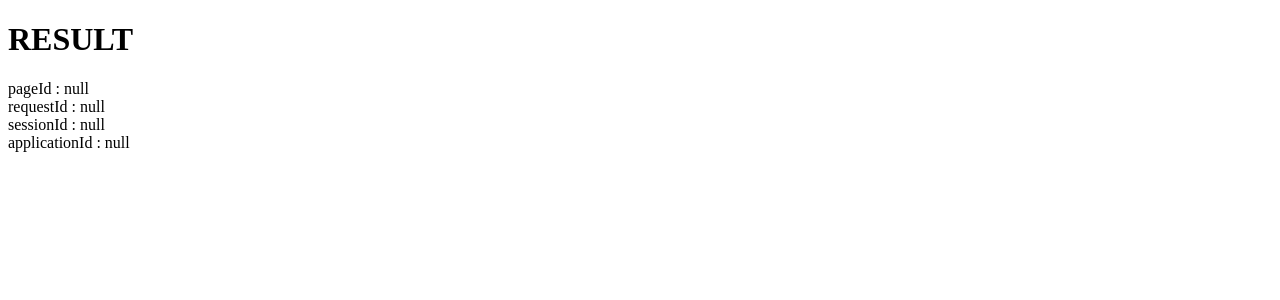
Repository: jmjnssss/CodingTest
Page: http://localhost/Jsp06_Scope/scope.do
An editor plug-in stored every save of this project. The page is shown before and after the next save, followed by the edit.
The browser window is 1280 px wide. The pictures show the whole page.
The page is served by Tomcat 9.

Above is the page before, as saved 2021-02-23 05:54:17.

After the next save:
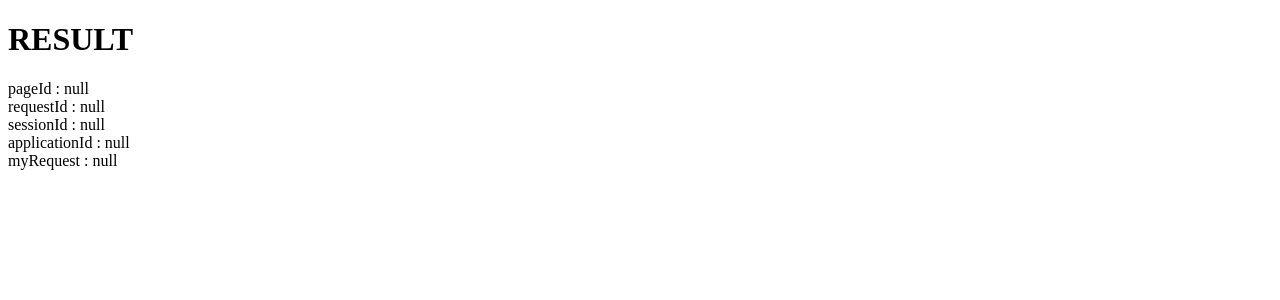
Saved 102 s later.
--- a/Jsp06_Scope/WebContent/result.jsp
+++ b/Jsp06_Scope/WebContent/result.jsp
@@ -18,6 +18,6 @@
 	requestId : <%=request.getAttribute("requestId") %><br/>
 	sessionId : <%=session.getAttribute("sessionId") %><br/>
 	applicationId : <%=application.getAttribute("applicationId") %><br/>
-
+	myRequest : <%=request.getAttribute("myRequest") %><br/>
 </body>
 </html>
